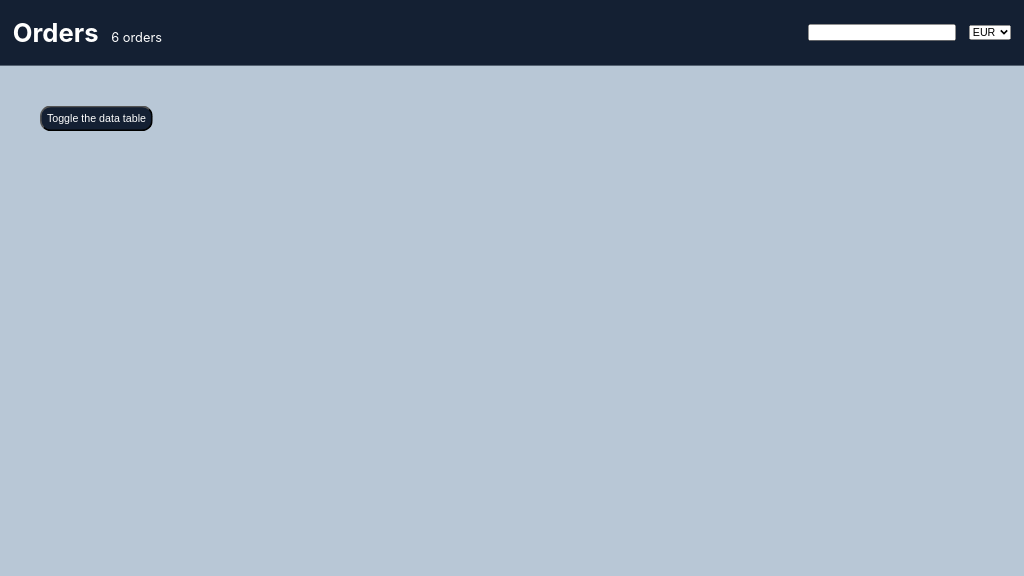
Repository: PreetiToppo/Assignment_Question_1
Page: /
These files come from the project's save history. The page is drawn as it stood at one moment and after the next save; the edit follows.
The browser window is 1280 px wide. The pictures show the whole page, at 80% of full size.
The project was rebuilt for these pictures with package versions that can differ from the ones it lists, and the page was loaded fresh each time. Also part of the build but not shown: src/component/list/ListRow.module.css, src/component/list/ListRow.jsx, src/component/list/ListRowCell.module.css, src/component/list/ListRowCell.jsx, src/component/list/ListHeader.jsx, src/component/list/ListHeaderCell.module.css, src/component/list/ListHeaderCell.jsx, src/component/list/List.module.css and 4 more.

Above is the page before, as saved 2023-08-06 13:28:38.

After the next save:
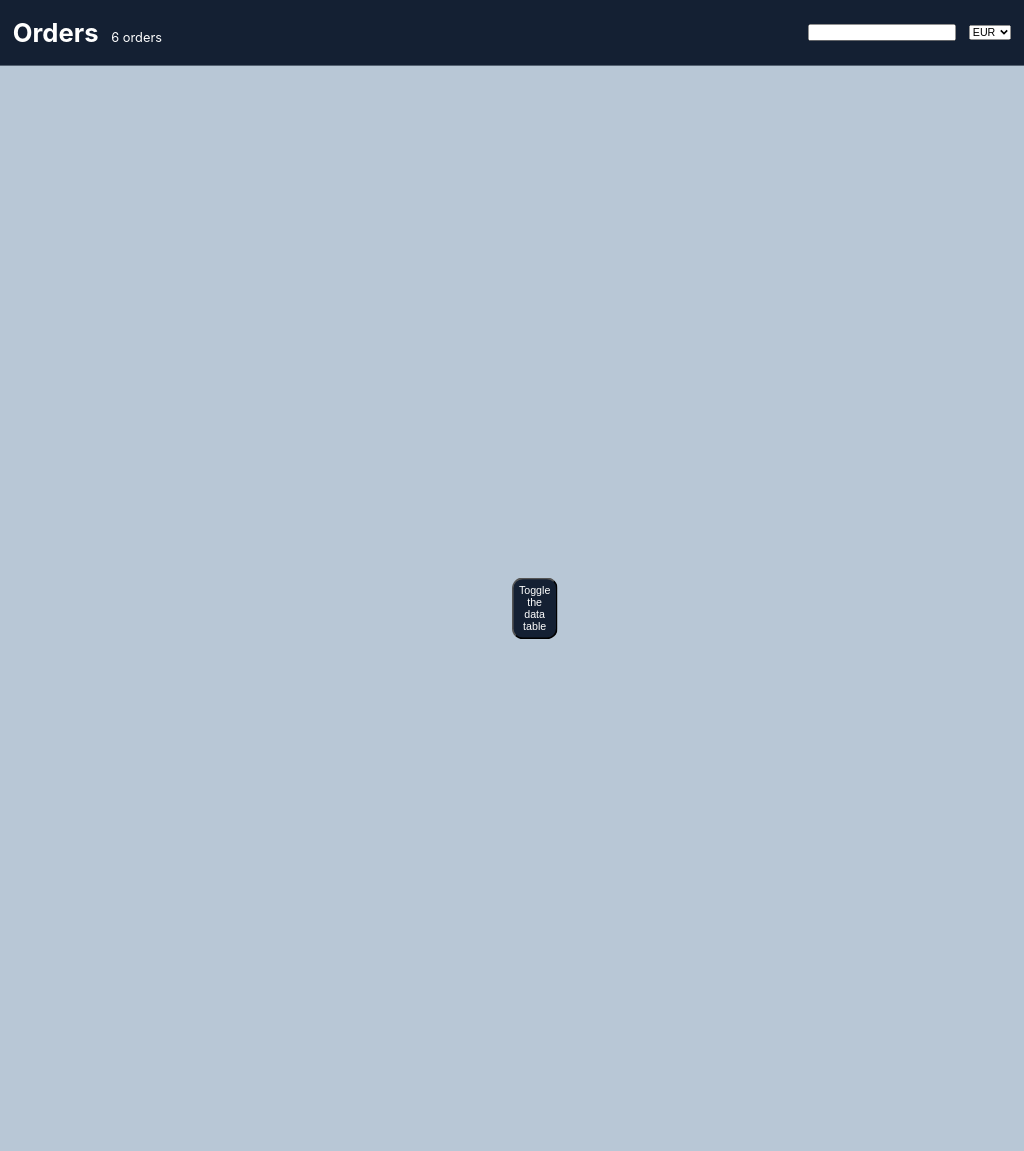
Saved 18 s later.
--- a/src/pages/Dashboard.module.css
+++ b/src/pages/Dashboard.module.css
@@ -35,5 +35,5 @@
   background-color: #142033;
   color: white;
   border-radius: 1em;
-  margin: 50px 50px;
+  margin: 50% 50%;
 }
